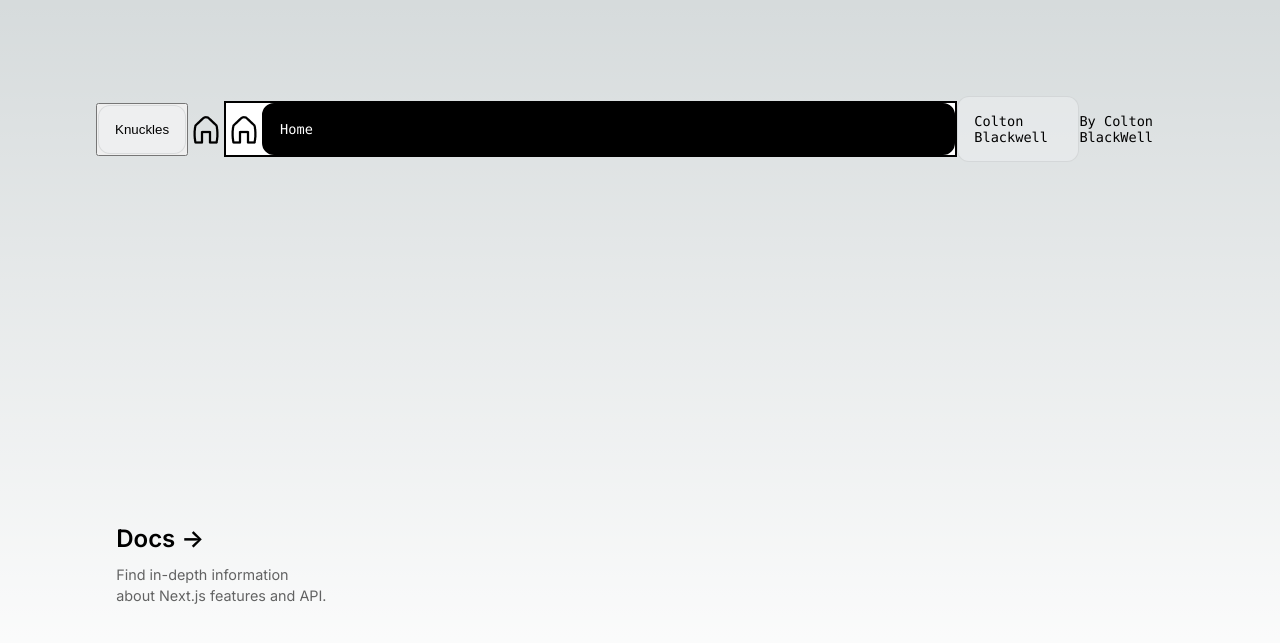
Repository: coltonBlackwell/Music_Quiz
Page: /
The author's editor kept a copy of each file at every save. The page is drawn from the files as they stood at one save, then again after the next save.
The browser window is 1280 px wide. The pictures show the whole page.
The project was rebuilt for these pictures with package versions that can differ from the ones it lists, and the page was loaded fresh each time. The framework's server and built-in components were replaced by stand-ins that run in the browser. Also part of the build but not shown: next.config.mjs.

Above is the page before, as saved 2024-06-30 14:35:12.

After the next save:
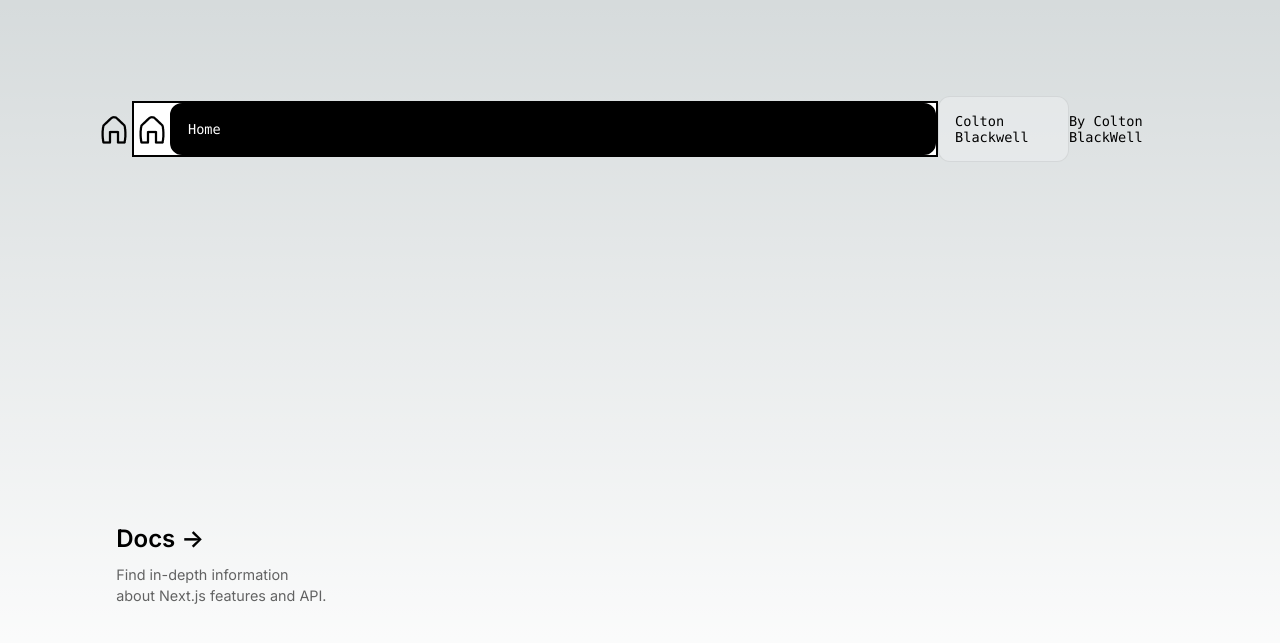
Saved 10 s later.
--- a/src/app/page.tsx
+++ b/src/app/page.tsx
@@ -8,7 +8,6 @@ export default function Home() {
   return (
     <main className={styles.main}>
       <div className={styles.description}>
-      <Retake/>
           <HomeIcon/>
           <HomeIconNav/>
         <p>
